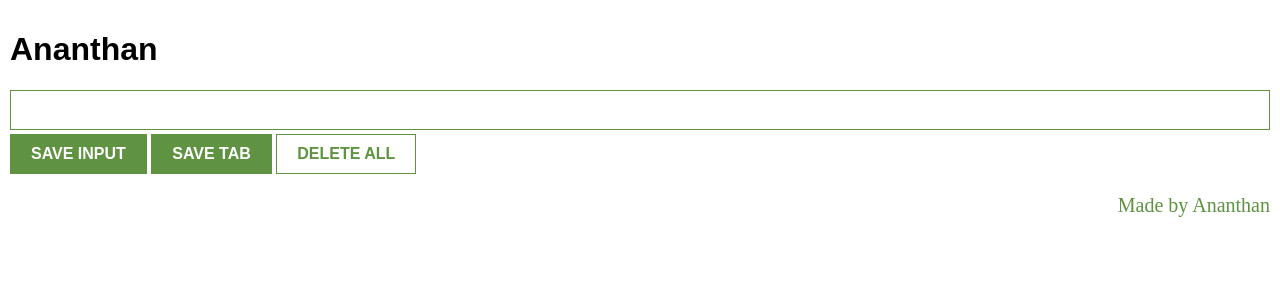
Repository: ananthantharma/Chrome-Extension
Page: index.html
An editor plug-in stored every save of this project. The page is shown before and after the next save, followed by the edit.
The browser window is 1280 px wide. The pictures show the whole page.

Above is the page before, as saved 2022-07-20 23:17:58.

### index.html
<html>
    <head><link rel="stylesheet" href="https://cdnjs.cloudflare.com/ajax/libs/normalize/8.0.1/normalize.css">
        <link rel="stylesheet" href="index.css">
        <h1>Ananthan</h1>
    </head>
    <body>
        <input type="text" id="input-el">
        <button id="input-btn">SAVE INPUT</button>
        <button id="tab-btn">SAVE TAB</button>
        <button id="delete-btn">DELETE ALL</button>
        <ul id="ul-el">
        </ul>
        <script src="index.js"></script>
    </body>
    <footer>Made by Ananthan</footer>
</html>

### index.css
body {
    margin: 0;
    padding: 10px;
    font-family: Arial, Helvetica, sans-serif;
    min-width: 400px;
}
footer{
    font-family: 'Brush Script MT', cursive;
    font-size:20px;
    font-style:none;
    font-weight: normal;
    color: #5f9341;
    text-align: right;
}
input {
    width: 100%;
    padding: 10px;
    box-sizing: border-box;
    border: 1px solid #5f9341;
    margin-bottom: 4px;
}

button {
    background: #5f9341;
    color: white;
    padding: 10px 20px;
    border: 1px solid #5f9341;
    font-weight: bold;
}

#delete-btn {
    background: white;
    color: #5f9341;
}

ul {
    margin-top: 20px;
    list-style: none;
    padding-left: 0;
}

li {
    margin-top: 5px;
}

a {
    color: #5f9341;
}

#delete-icon {
    background: white;
    color: #5f9341;
    font-family: Arial, Helvetica, sans-serif;
    font-size:10px;

    margin: 0;
    padding: 0;
    margin-left: 4px;

    line-height: normal;
}
.small-btn{
    background: white;
    color: #5f9341;
    font-family: Arial, Helvetica, sans-serif;
    font-size:10px;

    margin: 0;
    padding: 0;
    margin-left: 4px;

    line-height: normal;
}

### index.js
let myLeads = []
const inputEl = document.getElementById("input-el")
const inputBtn = document.getElementById("input-btn")
const ulEl = document.getElementById("ul-el")
const deleteBtn = document.getElementById("delete-btn")
const leadsFromLocalStorage = JSON.parse( localStorage.getItem("myLeads") )
const tabBtn = document.getElementById("tab-btn")
const li=document.createElement("li")



if (leadsFromLocalStorage) {
    myLeads = leadsFromLocalStorage
    render(myLeads)
   }

tabBtn.addEventListener("click", function(){
    chrome.tabs.query({active: true, currentWindow: true}, function(tabs){
        myLeads.push(tabs[0].url)
        localStorage.setItem("myLeads", JSON.stringify(myLeads) )

        let a5=document.createElement('a')
        let list5 =document.createElement("li")
        let button5=document.createElement('button')

        button5.className="small-btn"
        button5.id="small-button"
        button5.innerHTML="Delete";
        button5.onclick=function(){
            list5.remove()
            let index = myLeads.indexOf(tabs[0].url);
            //if (index !== -1) {
                myLeads.splice(index, 1);
                localStorage.setItem("myLeads", JSON.stringify(myLeads) )
            //}
        }
        a5.innerHTML=tabs[0].url
        a5.title =tabs[0].url
        a5.href=tabs[0].url



        ulEl.appendChild(list5)
        list5.appendChild(a5)
        list5.appendChild(button5)



        })
    })

function render(leads) {
    for (let i = 0; i < leads.length; i++) {
        //li.appendChild(document.createTextNode(leads[i]));
        let a=document.createElement('a')
        let list =document.createElement("li")
        let button=document.createElement("button")
        button.className="small-btn"
        button.id="small-button"
        button.innerHTML="Delete";
        //*********************************************** */
        button.onclick=function(){
            list.remove()
            let index = myLeads.indexOf(leads[i]);
            //if (index !== -1) {
                myLeads.splice(index, 1);
                localStorage.setItem("myLeads", JSON.stringify(myLeads) )
            //}
        }

        a.innerHTML=leads[i]
        a.title =leads[i]
        a.href=leads[i]

        ulEl.appendChild(list)
        list.appendChild(a)
        list.appendChild(button)



        }

          }

          function removebutton(parent) {

                this.parentElement.remove();
            }

    deleteBtn.addEventListener("dblclick", function() {
        myLeads = []
        localStorage.clear()
        document.getElementById('ul-el').innerHTML = '';
        console.log(myLeads)
        })





    inputBtn.addEventListener("click", function() {
        myLeads.push(inputEl.value)
        localStorage.setItem("myLeads", JSON.stringify(myLeads))

        let a1=document.createElement('a')
        let list1=document.createElement("li")

        let button2=document.createElement('button')
        button2.className="small-btn"
        button2.id="small-button"
        a1.innerHTML=inputEl.value
        a1.title =inputEl.value
        a1.href=inputEl.value

        button2.innerHTML="Delete"
        button2.onclick=function(){
            list1.remove()
            let index = myLeads.indexOf(inputEl.value);
            //if (index !== -1) {
                myLeads.splice(index, 1);
                localStorage.setItem("myLeads", JSON.stringify(myLeads) )
            //}
        }


        ulEl.appendChild(list1);
        list1.appendChild(a1)
        list1.appendChild(button2)


        inputEl.value = ""


        console.log(myLeads)
        })



        /* removeBtn && removeBtn.addEventListener("click", function(){
            myLeads.splice(this.i, 1);
            localStorage.setItem("myLeads", JSON.stringify(myLeads) )
            render(myLeads)
        }) */

     /*    function removebutton(i){
            myLeads.splice(i, 1);
            localStorage.setItem("myLeads", JSON.stringify(myLeads) )
            render(myLeads)
        } */

After the next save:
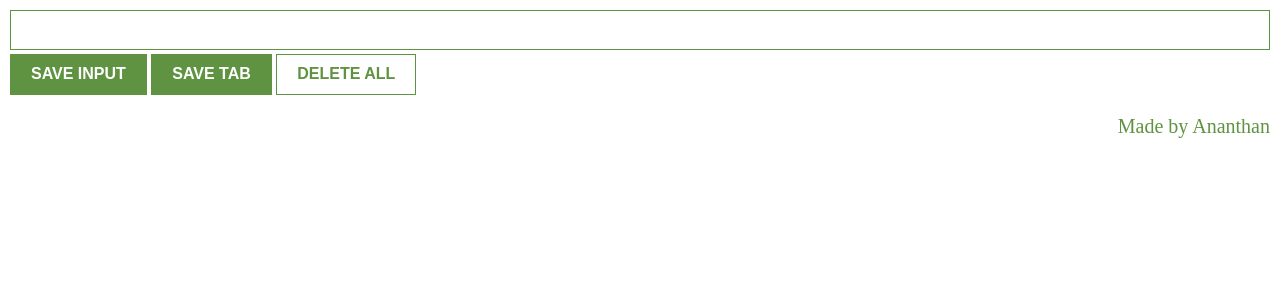
Saved 20 s later.
--- a/index.html
+++ b/index.html
@@ -1,7 +1,7 @@
 <html>
     <head><link rel="stylesheet" href="https://cdnjs.cloudflare.com/ajax/libs/normalize/8.0.1/normalize.css">
         <link rel="stylesheet" href="index.css">
-        <h1>Ananthan</h1>
+
     </head>
     <body>
         <input type="text" id="input-el">
